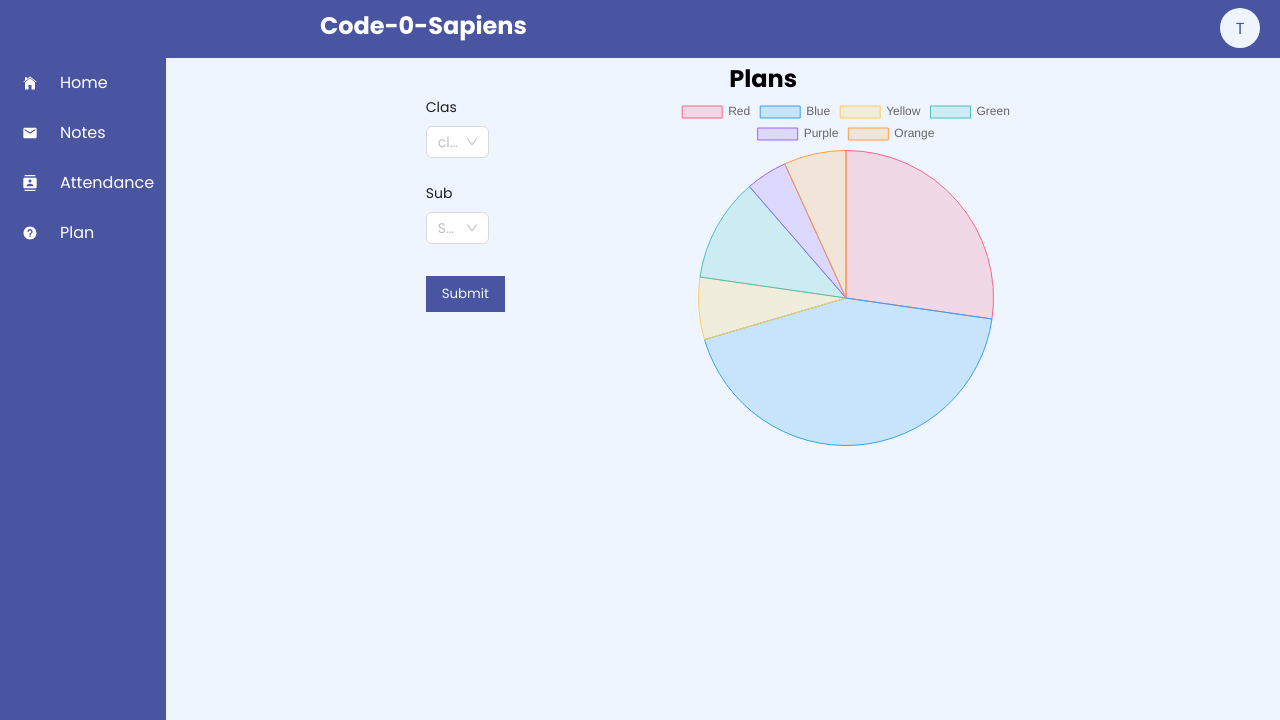
Repository: sinchana-P/code-0-sapiens
Page: /plans (app in client/)
The author's editor kept a copy of each file at every save. The page is drawn from the files as they stood at one save, then again after the next save.
The browser window is 1280 px wide. The pictures show the whole page.
The project was rebuilt for these pictures with package versions that can differ from the ones it lists, and the page was loaded fresh each time. Also part of the build but not shown: client/src/components/auth/login/FormLayoutLogin.jsx, client/src/components/auth/login/Login.jsx, client/src/components/auth/register/FormLayoutRegister.jsx, client/src/components/auth/register/Register.jsx, client/src/components/homeScene/Home.jsx, client/src/components/notes/Notes.jsx, client/src/components/attendance/Attendance.jsx, client/src/components/profile/Profile.jsx and 5 more.

Above is the page before, as saved 2024-03-01 07:36:21.

After the next save:
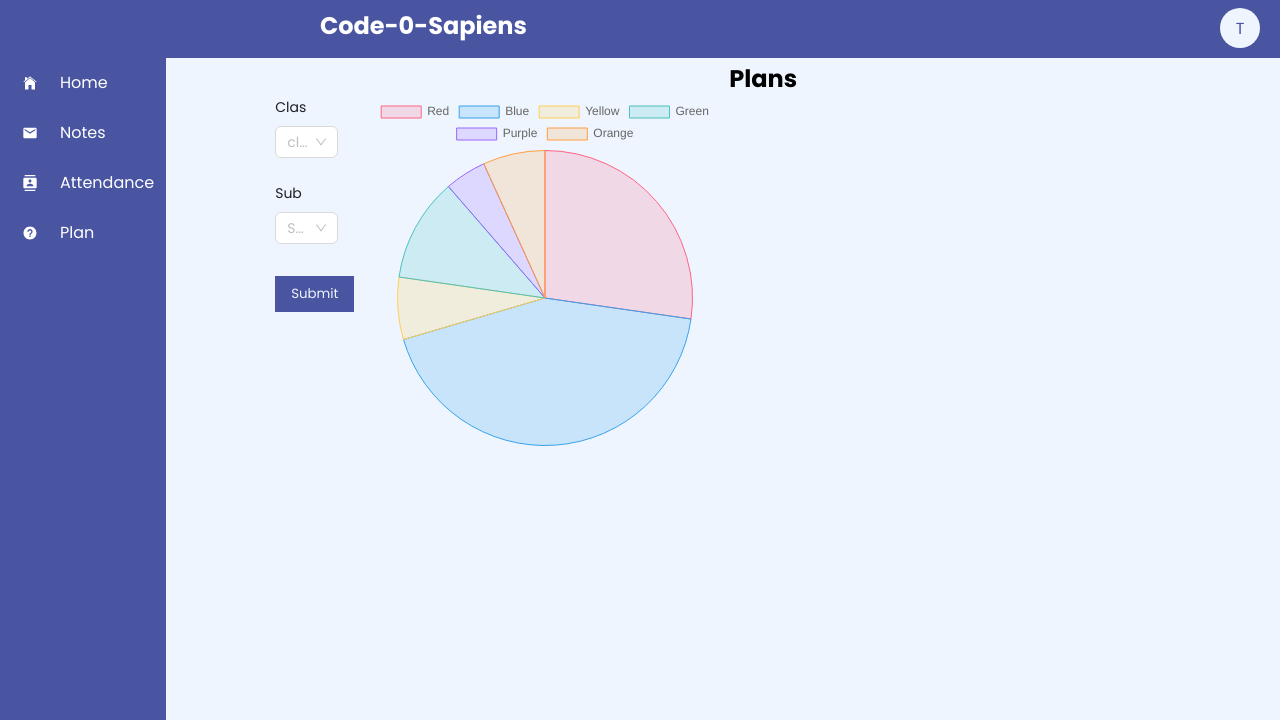
Saved 6 s later.
--- a/client/src/components/plans/Plans.css
+++ b/client/src/components/plans/Plans.css
@@ -18,6 +18,6 @@
 .plans-container {
     display: flex;
     flex-direction: row;
-    justify-content: space-evenly;
+    /* justify-content: space-evenly; */
 
 }
